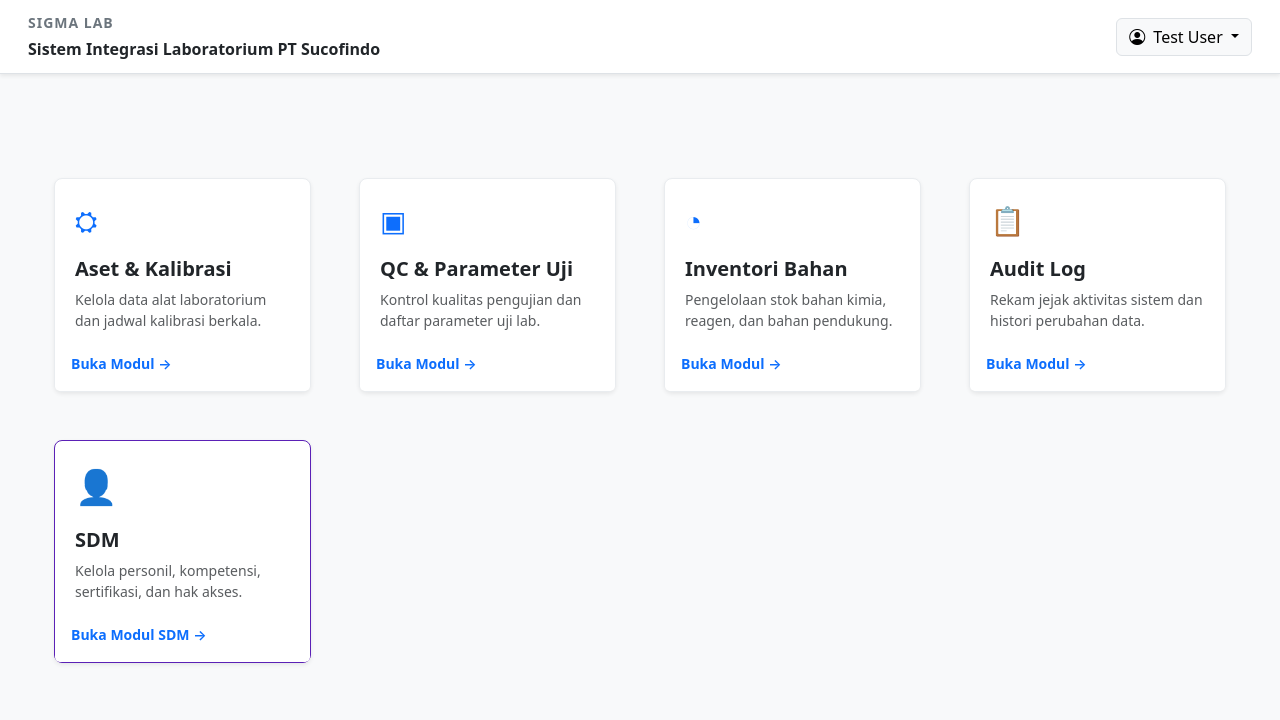
Repository: amelianeesa/sigmalab
Page: http://localhost/dashboard
An editor plug-in stored every save of this project. The page is shown before and after the next save, followed by the edit.
The browser window is 1280 px wide. The pictures show the whole page.
The page is served by the project's Laravel application, run on PHP 8.4 with Laravel 12. A made-up administrator, Test User (test@example.com), is signed in.

Above is the page before, as saved 2026-08-06 11:51:02.

After the next save:
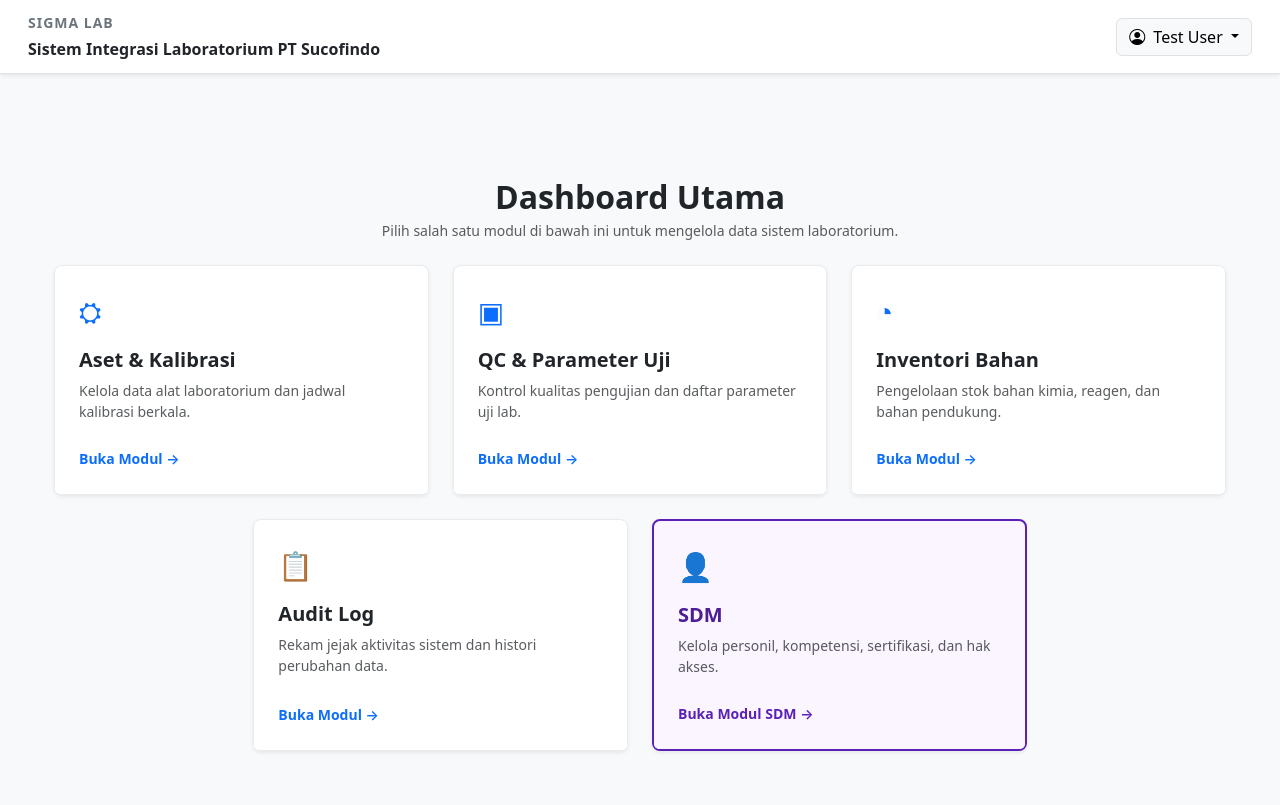
Saved 2 min 0 s later.
--- a/resources/views/dashboard-index.blade.php
+++ b/resources/views/dashboard-index.blade.php
@@ -3,20 +3,25 @@
 @section('content')
 <div class="container-fluid px-4 py-4">
 
+    <!-- Header opsional jika ingin disamakan -->
+    <div class="mb-4 text-center">
+        <h2 class="fw-bold mb-1">Dashboard Utama</h2>
+        <p class="text-muted small">Pilih salah satu modul di bawah ini untuk mengelola data sistem laboratorium.</p>
+    </div>
 
-    <!-- Modul Tiles -->
-    <div class="row g-5">
+    <!-- Modul Tiles (Grid 3 kolom agar rapi simetris) -->
+    <div class="row g-4 justify-content-center">
 
         <!-- Aset & Kalibrasi -->
-        <div class="col-12 col-sm-6 col-md-4 col-lg-3">
+        <div class="col-12 col-sm-6 col-md-6 col-lg-4">
             <a href="#" class="text-decoration-none">
                 <div class="card h-100 shadow-sm rounded-3 border border-light-subtle transition-card">
-                    <div class="card-body">
+                    <div class="card-body p-4">
                         <div class="mb-3 module-icon text-primary">⛭</div>
                         <h5 class="fw-bold text-dark mb-2">Aset & Kalibrasi</h5>
                         <p class="text-muted small mb-0">Kelola data alat laboratorium dan jadwal kalibrasi berkala.</p>
                     </div>
-                    <div class="card-footer bg-white border-0 pt-0 pb-3">
+                    <div class="card-footer bg-white border-0 pt-0 pb-4 px-4">
                         <span class="text-primary small fw-semibold">Buka Modul &rarr;</span>
                     </div>
                 </div>
@@ -24,15 +29,15 @@
         </div>
 
         <!-- QC & Parameter Uji -->
-        <div class="col-12 col-sm-6 col-md-4 col-lg-3">
+        <div class="col-12 col-sm-6 col-md-6 col-lg-4">
             <a href="#" class="text-decoration-none">
                 <div class="card h-100 shadow-sm rounded-3 border border-light-subtle transition-card">
-                    <div class="card-body">
+                    <div class="card-body p-4">
                         <div class="mb-3 module-icon text-primary">▣</div>
                         <h5 class="fw-bold text-dark mb-2">QC & Parameter Uji</h5>
                         <p class="text-muted small mb-0">Kontrol kualitas pengujian dan daftar parameter uji lab.</p>
                     </div>
-                    <div class="card-footer bg-white border-0 pt-0 pb-3">
+                    <div class="card-footer bg-white border-0 pt-0 pb-4 px-4">
                         <span class="text-primary small fw-semibold">Buka Modul &rarr;</span>
                     </div>
                 </div>
@@ -40,15 +45,15 @@
         </div>
 
         <!-- Inventori Bahan -->
-        <div class="col-12 col-sm-6 col-md-4 col-lg-3">
+        <div class="col-12 col-sm-6 col-md-6 col-lg-4">
             <a href="#" class="text-decoration-none">
                 <div class="card h-100 shadow-sm rounded-3 border border-light-subtle transition-card">
-                    <div class="card-body">
+                    <div class="card-body p-4">
                         <div class="mb-3 module-icon text-primary">◔</div>
                         <h5 class="fw-bold text-dark mb-2">Inventori Bahan</h5>
                         <p class="text-muted small mb-0">Pengelolaan stok bahan kimia, reagen, dan bahan pendukung.</p>
                     </div>
-                    <div class="card-footer bg-white border-0 pt-0 pb-3">
+                    <div class="card-footer bg-white border-0 pt-0 pb-4 px-4">
                         <span class="text-primary small fw-semibold">Buka Modul &rarr;</span>
                     </div>
                 </div>
@@ -56,32 +61,32 @@
         </div>
 
         <!-- Audit Log -->
-        <div class="col-12 col-sm-6 col-md-4 col-lg-3">
+        <div class="col-12 col-sm-6 col-md-6 col-lg-4">
             <a href="#" class="text-decoration-none">
                 <div class="card h-100 shadow-sm rounded-3 border border-light-subtle transition-card">
-                    <div class="card-body">
+                    <div class="card-body p-4">
                         <div class="mb-3 module-icon text-primary">📋</div>
                         <h5 class="fw-bold text-dark mb-2">Audit Log</h5>
                         <p class="text-muted small mb-0">Rekam jejak aktivitas sistem dan histori perubahan data.</p>
                     </div>
-                    <div class="card-footer bg-white border-0 pt-0 pb-3">
+                    <div class="card-footer bg-white border-0 pt-0 pb-4 px-4">
                         <span class="text-primary small fw-semibold">Buka Modul &rarr;</span>
                     </div>
                 </div>
             </a>
         </div>
 
-        <!-- SDM Tile: align with other tiles -->
-        <div class="col-12 col-sm-6 col-md-4 col-lg-3">
+        <!-- SDM Tile (Menu Utama: Ukurannya konsisten tapi diberi highlight warna ungu khusus) -->
+        <div class="col-12 col-sm-6 col-md-6 col-lg-4">
             <a href="{{ route('sdm.index') }}" class="text-decoration-none">
-                <div class="card h-100 shadow-sm rounded-3 border transition-card sdm-highlight" style="border-color:#5b21b6;">
-                    <div class="card-body">
+                <div class="card h-100 shadow-sm rounded-3 border-2 transition-card" style="border-color:#5b21b6 !important; background-color: #faf5ff;">
+                    <div class="card-body p-4">
                         <div class="mb-3 module-icon sdm-icon" style="color:#5b21b6;">👤</div>
-                        <h5 class="fw-bold text-dark mb-2" style="color:#4c1d95;">SDM</h5>
+                        <h5 class="fw-bold mb-2" style="color:#4c1d95;">SDM</h5>
                         <p class="text-muted small mb-0">Kelola personil, kompetensi, sertifikasi, dan hak akses.</p>
                     </div>
-                    <div class="card-footer bg-white border-0 pt-0 pb-3">
-                        <span class="text-primary small fw-semibold">Buka Modul SDM &rarr;</span>
+                    <div class="card-footer border-0 pt-0 pb-4 px-4" style="background-color: #faf5ff;">
+                        <span class="small fw-semibold" style="color:#5b21b6;">Buka Modul SDM &rarr;</span>
                     </div>
                 </div>
             </a>
@@ -91,17 +96,17 @@
 
 </div>
 
-<!-- Tambahan sedikit CSS untuk efek transisi card yang halus -->
+<!-- Tambahan CSS untuk efek transisi card -->
 <style>
     .transition-card {
         transition: transform 0.2s ease, box-shadow 0.2s ease;
     }
     .transition-card:hover {
-        transform: translateY(-3px);
-        box-shadow: 0 .5rem 1rem rgba(0,0,0,.08) !important;
+        transform: translateY(-4px);
+        box-shadow: 0 .5rem 1rem rgba(0,0,0,.1) !important;
     }
-    .module-icon { font-size: 28px; }
-    .sdm-icon { font-size: 34px; }
-    .card .card-body { padding: 1.25rem; }
+    .module-icon {
+        font-size: 28px;
+    }
 </style>
 @endsection
